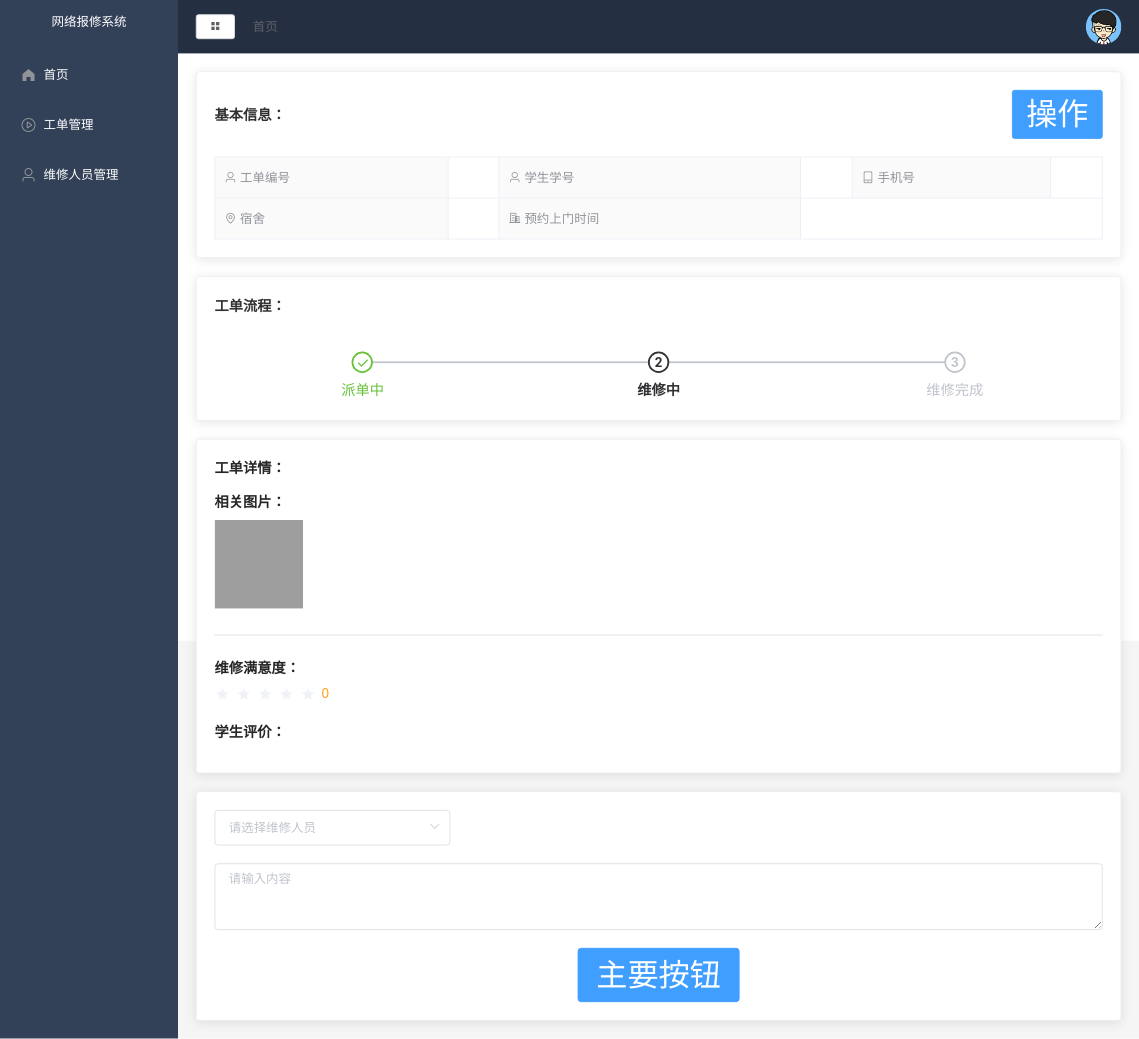
Repository: LtheW/vue
Page: /submit
An editor plug-in stored every save of this project. The page is shown before and after the next save, followed by the edit.
The browser window is 1280 px wide. The pictures show the whole page, at 89% of full size.
Pictures or frames that could not be fetched are drawn as grey boxes. The page's requests for data from a server got no answer. The project was rebuilt for these pictures with package versions that can differ from the ones it lists, and the page was loaded fresh each time. No one was signed in, and anything a server would have sent is missing. Also part of the build but not shown: vue.config.js, src/components/CommonTag.vue, src/views/Maintainer/Add.vue.

Above is the page before, as saved 2022-03-31 16:22:14.

### src/main.js
import Vue from 'vue'
import App from './App.vue'
import router from './router'
import store from './store'
//引入element ui
import ElementUI from 'element-ui';
import 'element-ui/lib/theme-chalk/index.css';
import '@/assets/scss/reset.scss' //全局样式
import Axios from 'axios';//后台交互
import Antd from 'ant-design-vue';
import 'ant-design-vue/dist/antd.css';
import 'font-awesome/scss/font-awesome.scss'
Vue.prototype.$http=Axios
//defaults 设置全局默认路径
Axios.defaults.baseURL="/"

Vue.use(ElementUI,Antd);
Vue.config.productionTip = false

new Vue({
  router,
  store,
  render: h => h(App)
}).$mount('#app')

### src/router/index.js
import Vue from 'vue'
import VueRouter from 'vue-router'
import Main from '../views/Main.vue'
import Submit from'../views/Submit.vue'
import Maintainer_Add from'../views/Maintainer/Add.vue'
Vue.use(VueRouter)

const routes = [
  {
    path:'/login',
    name:'Login',
    component:()=>import('@/views/Login')
  },
  {

    path: '/',
    name: 'Main',
    component: Main,
    children: [
      {
        path: '/',
        name: 'search',
        component: () => import('@/views/About')
      },
      {
        path: '/form',
        name: 'form',
        component: () => import('@/views/Form/Form')
      },
      {
        path: '/home',
        name: 'home',
        component: () => import('@/views/Maintainer/Maintainer')
      },
      {
        path: '/submit',
        name: 'submit',
        component: Submit,
      },
      {
        path: '/maintainer_add',
        name: 'add',
        component: Maintainer_Add,
      },
    ]
    },


]

const router = new VueRouter({
  mode:'history',
  base: process.env.BASE_URL,
  routes
})

export default router

### src/views/Main.vue
<template>
  <el-container style="height: 100%">
    <el-aside width="auto" height="100%" ><common-aside></common-aside></el-aside>
    <el-container>
      <el-header>
        <common-header></common-header>

      </el-header>
      <el-main><router-view /></el-main>
    </el-container>
  </el-container>
</template>

<script>
import CommonAside from "../components/CommonAside.vue";
import CommonHeader from "../components/CommonHeader.vue";
import CommonTag from "../components/CommonTag.vue";
export default {
  name: "Main",
  components: { CommonAside, CommonHeader, CommonTag },
};
</script>
, CommonTab
<style lang="scss" scoped>
.el-header {
  background: #242F42;
}
.el-main {
  padding-top: 20rpx;
}
</style>

### src/views/Submit.vue
<template>
  <div class="form">
    <div>
      <el-card>
        <el-descriptions
          class="margin-top"
          title="基本信息："
          :column="3"
          :size="size"
          border
        >
          <template slot="extra">
            <el-button type="primary" size="small">操作</el-button>
          </template>
          <el-descriptions-item width="150">
            <template slot="label">
              <i class="el-icon-user"></i>
              工单编号
            </template>
            {{ form.workorderNumber }}
          </el-descriptions-item>
          <el-descriptions-item>
            <template slot="label">
              <i class="el-icon-user"></i>
              学生学号
            </template>
            {{ form.fkStudentNumber }}
          </el-descriptions-item>
          <el-descriptions-item>
            <template slot="label">
              <i class="el-icon-mobile-phone"></i>
              手机号
            </template>
            {{ form.contactInformation }}
          </el-descriptions-item>
          <el-descriptions-item>
            <template slot="label">
              <i class="el-icon-location-outline"></i>
              宿舍
            </template>
            {{ form.address }}
          </el-descriptions-item>
          <el-descriptions-item>
            <template slot="label">
              <i class="el-icon-office-building"></i>
              预约上门时间
            </template>
            {{ form.fixedTime }}
          </el-descriptions-item>
        </el-descriptions>
      </el-card>
    </div>

    <div class="p">
      <el-card>
        <i class="title">工单流程：</i>
        <div>
          <el-steps
            :space="600"
            :active="1"
            finish-status="success"
            align-center="true"
            style="padding-top: 40px"
          >
            <el-step title="派单中"></el-step>
            <el-step title="维修中"></el-step>
            <el-step title="维修完成"></el-step>
          </el-steps>
        </div>
      </el-card>
      <div class="p">
        <el-card>
          <h5 class="title">工单详情：</h5>

          <p>{{ form.workorderContent }}</p>

          <h5 class="title">相关图片：</h5>
          <el-image
            style="width: 100px; height: 100px"
            :src="url"
            :preview-src-list="srcList"
          >
          </el-image>
          <el-divider></el-divider>

          <h5 class="title">维修满意度：</h5>
          <el-rate
            v-model="form.maintenanceSatisfaction"
            disabled
            show-score
            text-color="#ff9900"
            score-template="{value}"
          >
          </el-rate>
          <div class="p">
            <h5 class="title">学生评价：</h5>
            <p>{{ form.evaluation }}</p>
          </div>
        </el-card>
        <div class="p">
          <el-card>
            <el-select v-model="value" placeholder="请选择维修人员">
              <el-option
                v-for="item in options"
                :key="item.jobNumber"
                :label="item.name"
                :value="item.jobNumber"
              >
              </el-option>
            </el-select>
            <div class="p">
              <el-input
                type="textarea"
                :autosize="{ minRows: 3, maxRows: 6 }"
                placeholder="请输入内容"
                v-model="textarea"
              >
              </el-input>
            </div>
            <div class="button">
              <el-button type="primary">主要按钮</el-button>
            </div>
          </el-card>
        </div>
      </div>
    </div>
  </div>
</template>
<script>
export default {
  data() {
    return {
      form: {},
      workorderNumber: "",
      url: "https://fuss10.elemecdn.com/e/5d/4a731a90594a4af544c0c25941171jpeg.jpeg",
      srcList: [],
      options: [],
      value: "",
      textarea: "",
    };
  },
  created() {
    this.workorderNumber = this.$route.params.workorderNumber;
    this.Load();
  },
  methods: {
    goBack() {
      this.$router.go(-1);
    },
    onSubmit() {},
    Load() {
      this.$http({
        url: "/api/administer/getorder",
        method: "get",
        headers: { "X-Requested-With": "XMLHttpRequest" },
        params: {
          workorder_number: this.workorderNumber,
        }, //传值 如：params:{id:1,name:"gw"}
      }).then((res) => {
        this.form = res.data.data[0];
        console.log(this.form);
        var jsonstr = JSON.parse(res.data.data[0].pictureAddress);
        var arr = this.srcList;
        for (var i = 0; i < 3; i++) {
          if (jsonstr[i] == null) {
            break;
          }
          arr.push(jsonstr[i]);
        }
        this.srcList = arr;
      });

      this.$http({
        url: "/api/administer/maintainerlist",
        method: "get",
        headers: { "X-Requested-With": "XMLHttpRequest" },
      }).then((res) => {
        this.options = res.data.data;
        console.log(this.options);
      });
    },
  },
};
</script>

<style scoped>
.form {
  display: flex;
  flex-direction: column;
  justify-content: center;
  align-content: center;
}

.title {
  font-size: 16px;
  font-weight: 700;
}
.p {
  padding-top: 20px;
}
.border {
  border: 1px solid grey;
}
.button {
  padding-top: 20px;
  display: flex;
  flex-direction: row;
  justify-content: center;
}
/deep/ .el-button{
  font-size: 35px;
}
</style>>

### src/store/tab.js
export default{
    state:{
        isCollapse: false
    },
    mutations:{
        collapseMenu(state){
            state.isCollapse=!state.isCollapse
        }
    }
}

### src/components/CommonAside.vue
<template>
  <el-menu
    class="el-menu-vertical-demo"
    :collapse="isCollapse"
    background-color="#324157"
    text-color="#fff"
    active-text-color="#ffd04b"
  >
    <h3 v-show="!isCollapse">网络报修系统</h3>
    <h3 v-show="isCollapse">后台</h3>
    <el-menu-item
      :index="item.path"
      v-for="item in noChildren"
      :key="item.path"
      @click="clickMenu(item)"
    >
      <i :class="'el-icon-' + item.icon"></i>
      <span slot="title">{{ item.label }}</span>
    </el-menu-item>
    <el-submenu :index="item.label" v-for="item in hasChildren" :key="item.path">
      <template slot="title">
        <i :class="'el-icon-' + item.icon"></i>
        <span slot="title">{{ item.label }}</span>
      </template>
      <el-menu-item-group>
        <el-menu-item
          :index="subItem.path"
          v-for="(subItem, subIndex) in item.children"
          :key="subIndex"
          @click="clickMenu(item)"
        >
          <i :class="'el-icon-' + subItem.icon"></i>
          <span slot="title">{{ subItem.label }}</span>
        </el-menu-item>
      </el-menu-item-group>
    </el-submenu>
  </el-menu>
</template>

<script>
export default {
  data() {
    return {
      menu: [
        {
          path: "/",
          name: "search",
          label: "首页",
          icon: "s-home",
          url: "Maintainer/Maintainer",
        },
        {
          path: "/form",
          name: "form",
          label: "工单管理",
          icon: "video-play",
          url: "Form/Form",
        },
        {
          path: "/home",
          name: "home",
          label: "维修人员管理",
          icon: "user",
          url: "Home/Home",
        },
      ],
    };
  },
  methods: {
    // handleOpen(key, keyPath) {
    //   console.log(key, keyPath);
    // },
    // handleClose(key, keyPath) {
    //   console.log(key, keyPath);
    // },
    clickMenu(item) {
      this.$router.push({ name: item.name });
      this.$store.commit("selectMenu", item);
    },
  },
  computed: {
    noChildren() {
      return this.menu.filter((item) => !item.children);
    },
    hasChildren() {
      return this.menu.filter((item) => item.children);
    },
    isCollapse() {
      return this.$store.state.tab.isCollapse;
    },
  },
};
</script>

<style lang="scss" scoped>
.el-menu {
  height: 100%;
  border: none;
  h3 {
    color: #ffffff;
    text-align: center;
    line-height: 48px;
  }
}
.el-menu-vertical-demo:not(.el-menu--collapse) {
  width: 200px;
  min-height: 100vh;
}
</style>

### src/components/CommonHeader.vue
<template>
  <header>
    <div class="l-content">
      <el-button plain icon="el-icon-menu" size="mini" @click="handleMenu"></el-button>
      <el-breadcrumb>
        <el-breadcrumb-item :to="{ path: '/' }">首页</el-breadcrumb-item>
        <el-breadcrumb-item :to="current.path" v-if="current">{{
          current.label
        }}</el-breadcrumb-item>
      </el-breadcrumb>
    </div>
    <div class="r-content">
      <el-dropdown trigger="click" size="mini">
        <span class="el-dropdown-link">
          <img :src="userImg" class="user" />
        </span>
        <el-dropdown-menu slot="dropdown">
          <el-dropdown-item>个人中心</el-dropdown-item>
          <el-dropdown-item @click.native="logOut">退出</el-dropdown-item>
        </el-dropdown-menu>
      </el-dropdown>
    </div>
  </header>
</template>

<script>
import { mapState } from "vuex";
export default {
  data() {
    return {
      userImg: require("../assets/images/user.png"),
    };
  },
  methods: {
    handleMenu() {
      this.$store.commit("collapseMenu");
    },
    logOut() {
      this.$store.commit("clearToken");
      this.$store.commit("clearMenu");
      // location.reload();
      this.$router.push("/login");
    },
  },
  computed: {
    ...mapState({
      current: (state) => state.tab.currentMenu,
    }),
  },
};
</script>

<style lang="scss" scoped>
header {
  display: flex;
  height: 100%;
  align-items: center;
  justify-content: space-between;
}

.l-content {
  display: flex;
  align-items: center;
  .el-button {
    margin-right: 20px;
  }
}

.r-content {
  .user {
    width: 40px;
    height: 40px;
    border-radius: 50%;
  }
}
</style>

<style lang="scss">
.el-breadcrumb__item {
  .el-breadcrumb__inner {
    color: #666;
    font-weight: normal;
  }
  &:last-child {
    .el-breadcrumb__inner {
      color: white;
    }
  }
}
</style>

Loaded but not shown: public/index.html (common file); src/App.vue (common file); src/store/index.js (common file); src/assets/scss/reset.scss (common file)

After the next save:
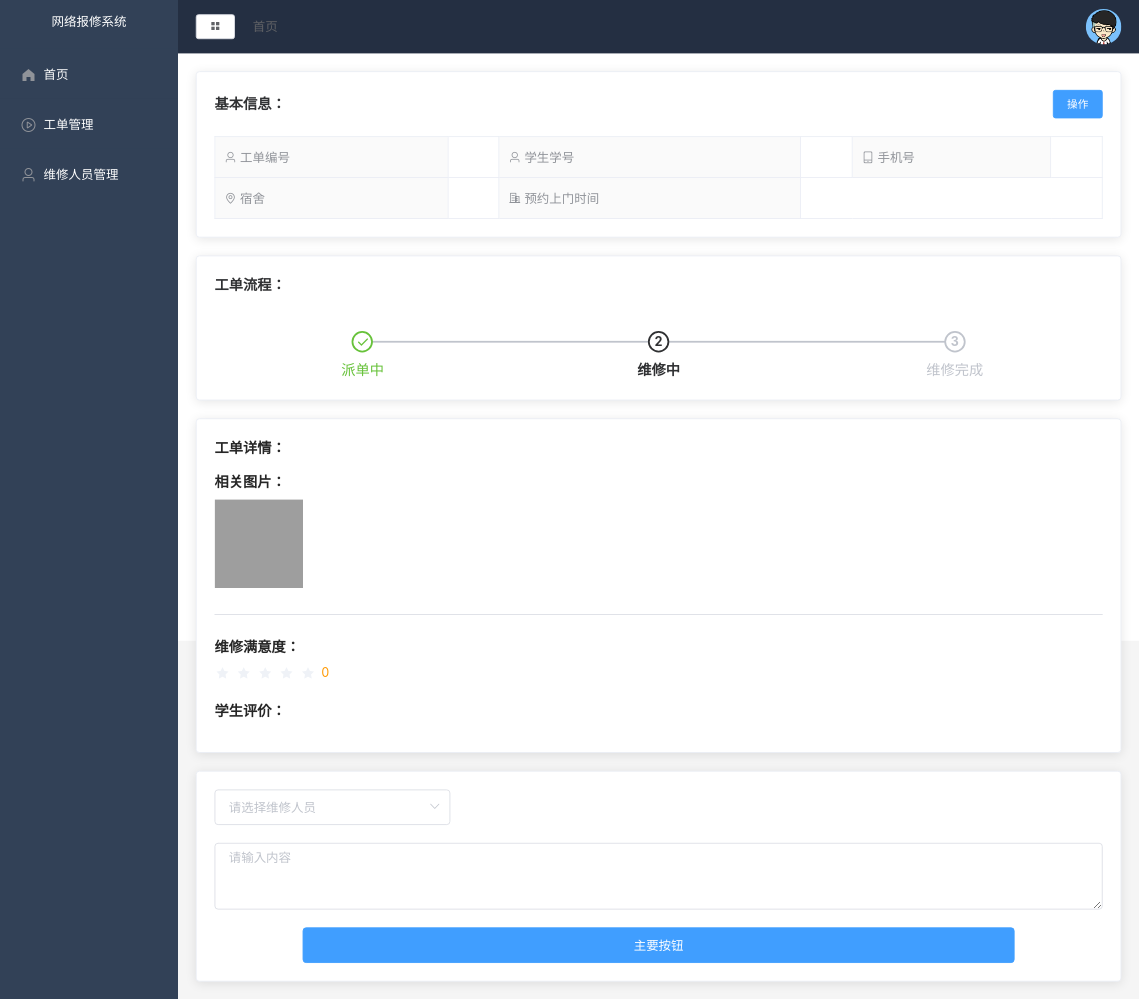
Saved 3 min 1 s later.
--- a/src/views/Submit.vue
+++ b/src/views/Submit.vue
@@ -207,7 +207,7 @@ export default {
   flex-direction: row;
   justify-content: center;
 }
-/deep/ .el-button{
-  font-size: 35px;
+.button /deep/ .el-button{
+ width:800px
 }
 </style>>
